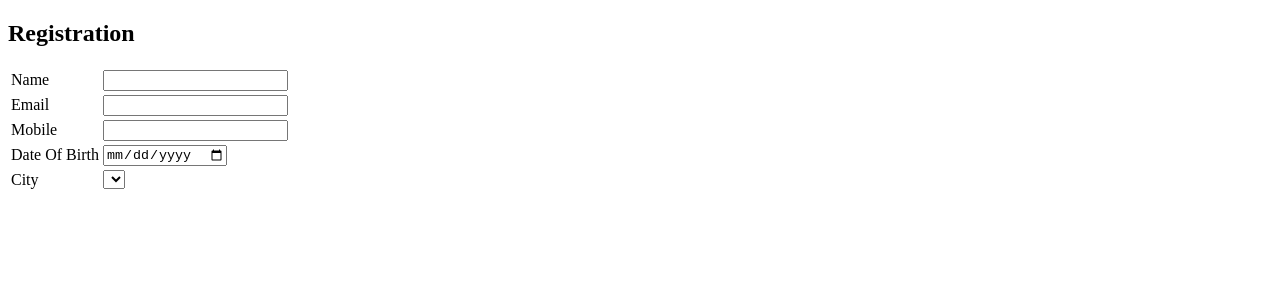
Repository: saurabh-7079/BookApp
Page: UserManagement/WebContent/home.html
The author's editor kept a copy of each file at every save. The page is drawn from the files as they stood at one save, then again after the next save.
The browser window is 1280 px wide. The pictures show the whole page.

Above is the page before, as saved 2023-06-05 13:15:07.

### UserManagement/WebContent/home.html
<!DOCTYPE html>
<html>
<head>
<meta charset="ISO-8859-1">
<title>Insert title here</title>
</head>
<body>
   <form action="register" method="post">
      <h2>Registration </h2>
      <table>
      <tr>
      <td>Name</td>
      <td><input type="text" name="userName" required></td>
      </tr>
      <tr>
      <td>Email</td>
      <td><input type="email" name="email" required></td>
      </tr>
      <tr>
      <td>Mobile</td>
      <td><input type="text" name="mobile" required></td>
      </tr>
      <tr>
      <td>Date Of Birth</td>
      <td><input type="date" name="dob" required></td>
      </tr>
      <tr>
      <td>City</td>
      <td><select name="city>
          <opition value="pune">Pune</opition>
          <opition value="mumbai">Mumbai</opition>
          <opition value="delhi">Delhi</opition>
          <opition value="banglore">Banglore</opition>
      </select></td>
      </tr>
      </table>

   </form>
</body>
</html>

After the next save:
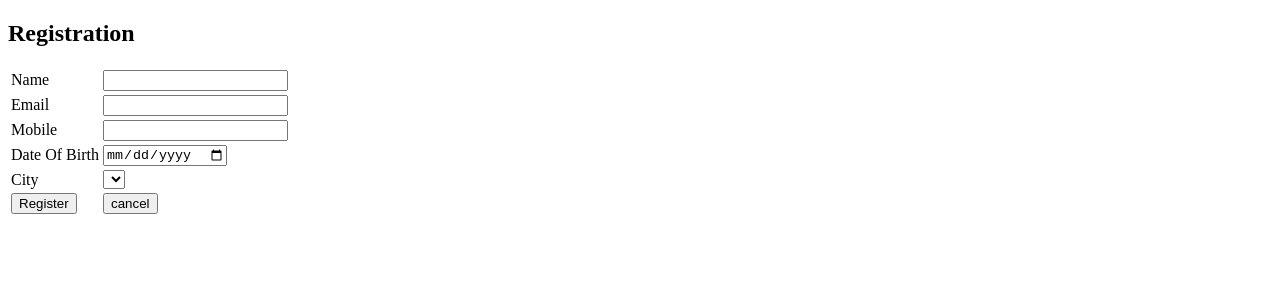
Saved 98 s later.
--- a/UserManagement/WebContent/home.html
+++ b/UserManagement/WebContent/home.html
@@ -33,6 +33,10 @@
           <opition value="banglore">Banglore</opition>
       </select></td>
       </tr>
+      <tr>
+      <td><button type="submit"> Register</button></td>
+      <td><button type="reset"> cancel</button></td>
+      </tr>
       </table>
 
    </form>
